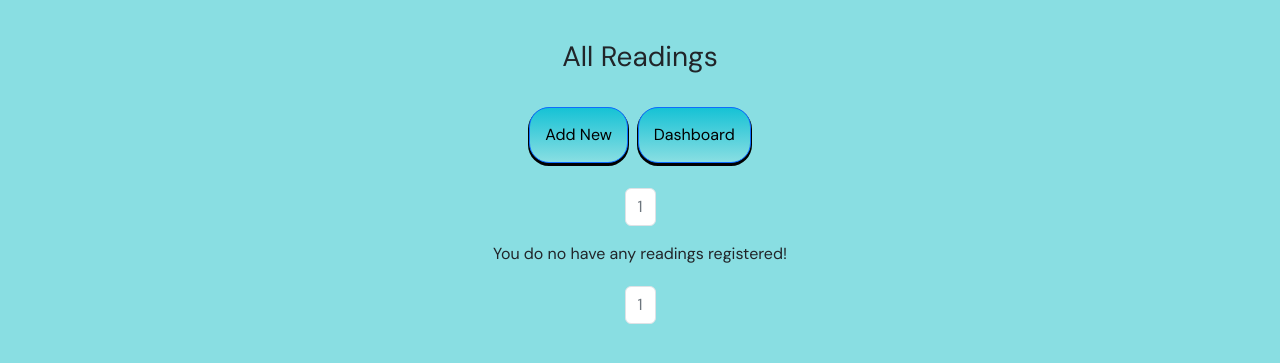
Repository: aiodell/my-glucose-checkup
Page: /bgls/all (app in client/)
An editor plug-in stored every save of this project. The page is shown before and after the next save, followed by the edit.
The browser window is 1280 px wide. The pictures show the whole page.
The page's requests for data from a server got no answer. The project was rebuilt for these pictures with package versions that can differ from the ones it lists, and the page was loaded fresh each time. No one was signed in, and anything a server would have sent is missing. Also part of the build but not shown: client/src/components/Login.js, client/src/components/Signup.js, client/src/components/Dashboard.js, client/src/components/NewReading.js, client/src/components/Home.js, client/src/components/BglUpdateForm.js, client/src/components/BglEventDetails.js, client/src/components/NewBglEvent.js and 8 more.

Above is the page before, as saved 2022-10-06 06:59:33.

After the next save:
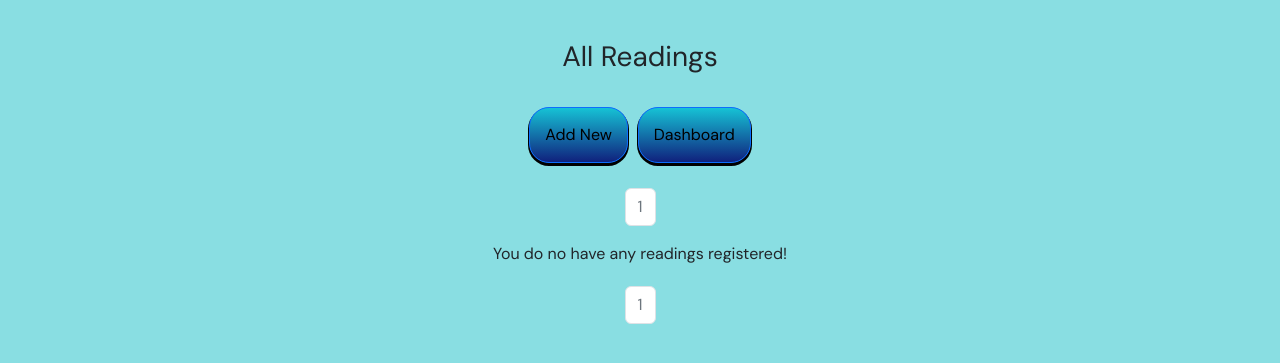
Saved 12 s later.
--- a/client/src/styles.css
+++ b/client/src/styles.css
@@ -9,7 +9,7 @@ body {
 
 /*Universal */
 .btns {
-  background-image: linear-gradient(#16c2d5, #89dee2);
+  background-image: linear-gradient(#16c2d5,#10217d);
   color: rgb(0, 0, 0);
   padding: 15px;
   margin: 5px;
